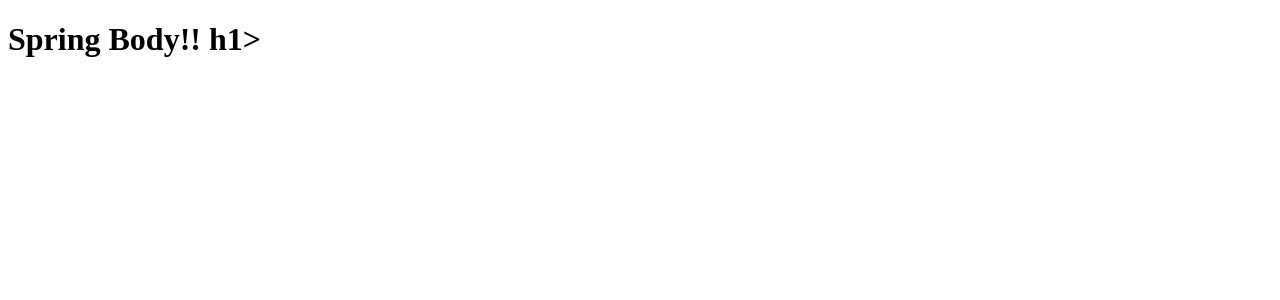
Repository: savithahb/springboot-apps
Page: http://localhost/JavaWeb/home.jsp
These files come from the project's save history. The page is drawn as it stood at one moment and after the next save; the edit follows.
The browser window is 1280 px wide. The pictures show the whole page.
The page is served by Tomcat 9.

Above is the page before, as saved 2020-02-14 05:34:54.

After the next save:
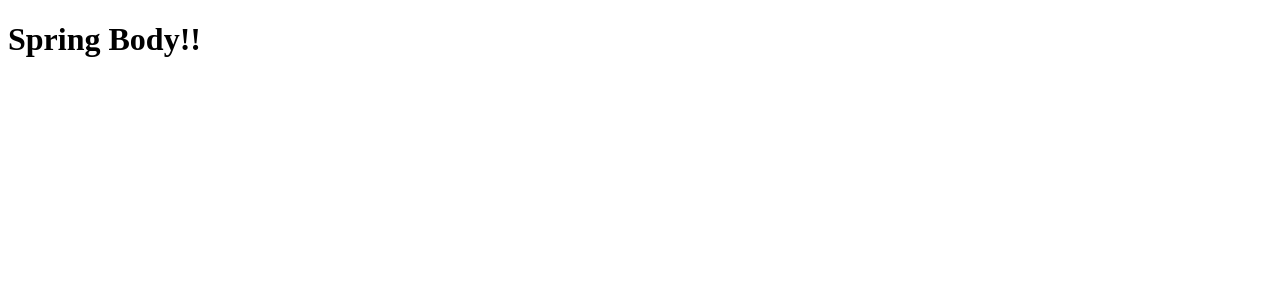
Saved 27 s later.
--- a/JavaWeb/WebContent/home.jsp
+++ b/JavaWeb/WebContent/home.jsp
@@ -7,6 +7,6 @@
 <title>Insert title here</title>
 </head>
 <body>
-<h1> Spring Body!! h1>
+<h1> Spring Body!! <h1>
 </body>
 </html>
